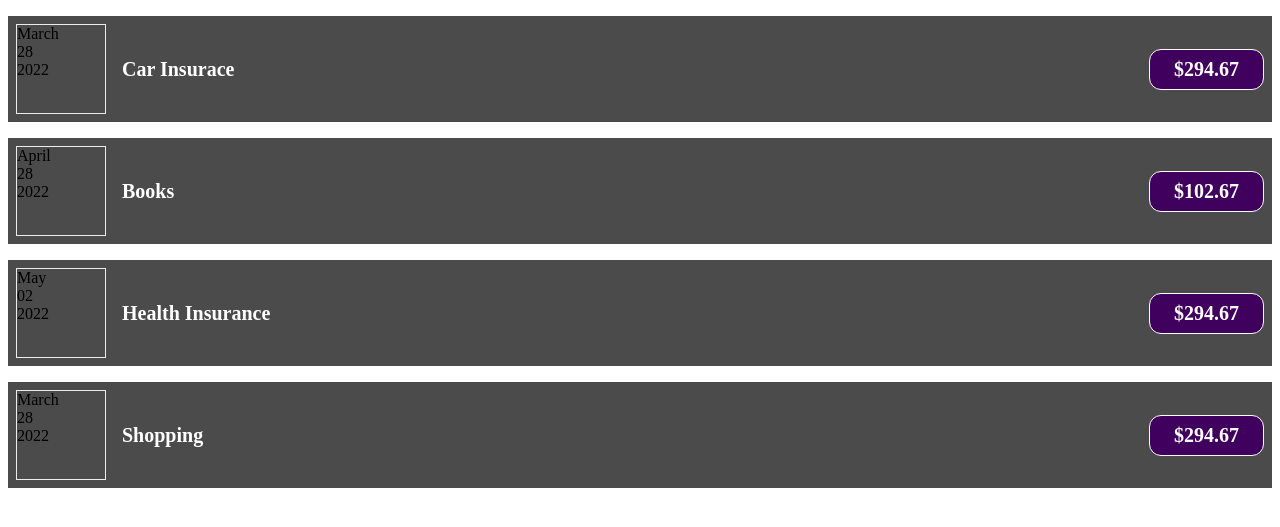
Repository: AbrorjonKuchkarov/expence-tracker-react
Page: /
These files come from the project's save history. The page is drawn as it stood at one moment and after the next save; the edit follows.
The browser window is 1280 px wide. The pictures show the whole page.
The project was rebuilt for these pictures with package versions that can differ from the ones it lists, and the page was loaded fresh each time. Also part of the build but not shown: src/App.css.

Above is the page before, as saved 2022-04-13 16:13:38.

After the next save:
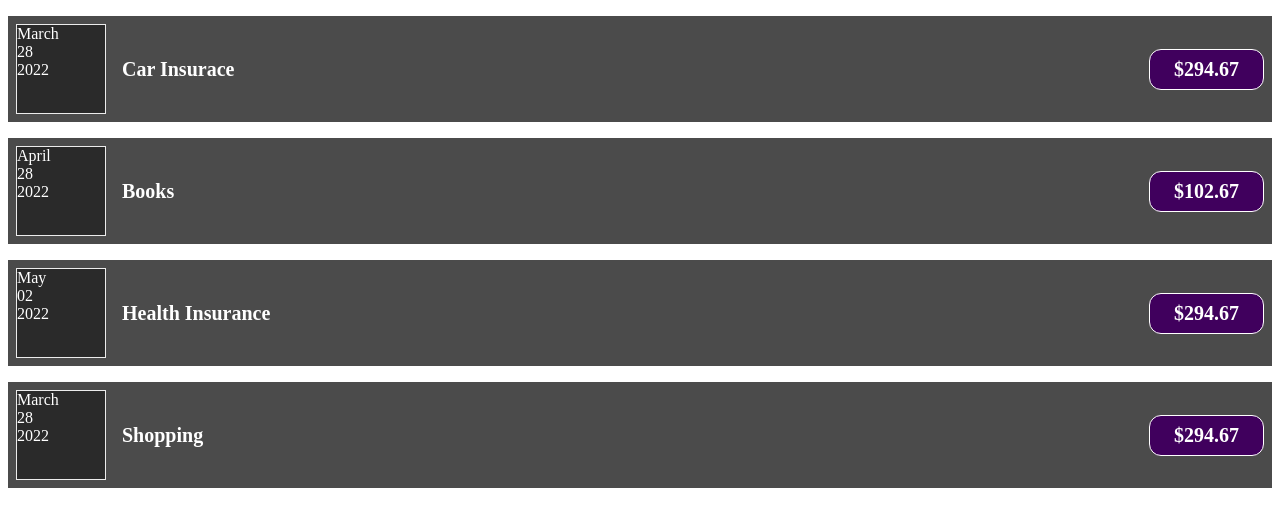
Saved 41 s later.
--- a/src/components/ExpenseDate.css
+++ b/src/components/ExpenseDate.css
@@ -4,5 +4,7 @@
    width: 5.5rem;
    height: 5.5rem;
    border: 1px solid #ececec;
+   background: #2a2a2a;
+   color: white;
 
 }
